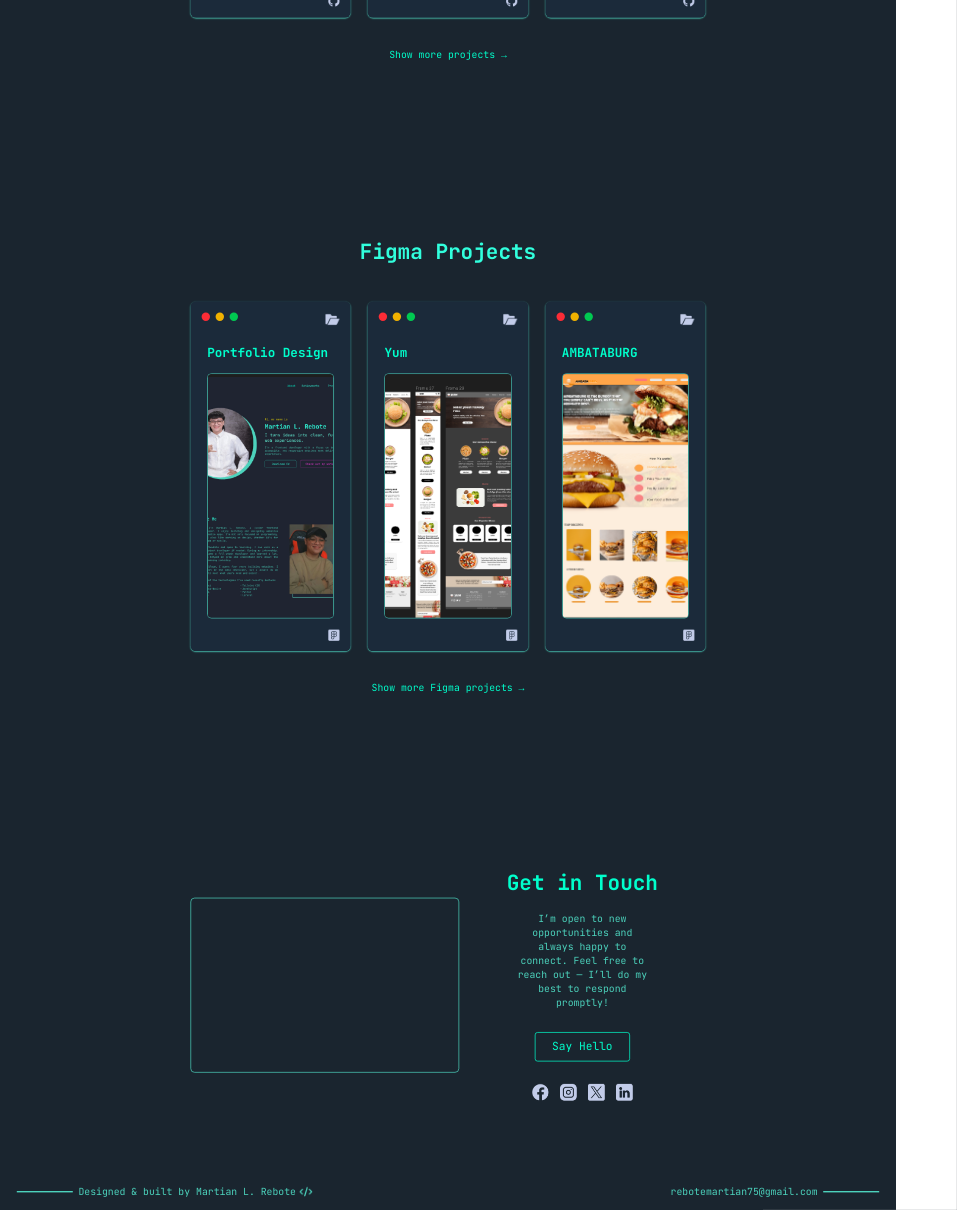
Repository: m4rsu-code/Portfolio
Page: / (app in my-portfolio/)
These files come from the project's save history. The page is drawn as it stood at one moment and after the next save; the edit follows.
The browser window is 1280 px wide. The page is 1367 px wide, so the pictures cover 1367 px, including what lies to the right of the window. The pictures show the part of the page from y = 3359 to 5119 px (the page is 5087 px tall before and 5119 px after), at 70% of full size.
The project was rebuilt for these pictures with package versions that can differ from the ones it lists, and the page was loaded fresh each time. Also part of the build but not shown: my-portfolio/vite.config.js, my-portfolio/src/assets/components/Modal/AchievementModal.jsx, my-portfolio/src/AchievementsPage.jsx, my-portfolio/src/ProjectPage.jsx, my-portfolio/src/FigmaProjectsPage.jsx.

Above is the page before, as saved 2025-08-04 18:37:51.

After the next save:
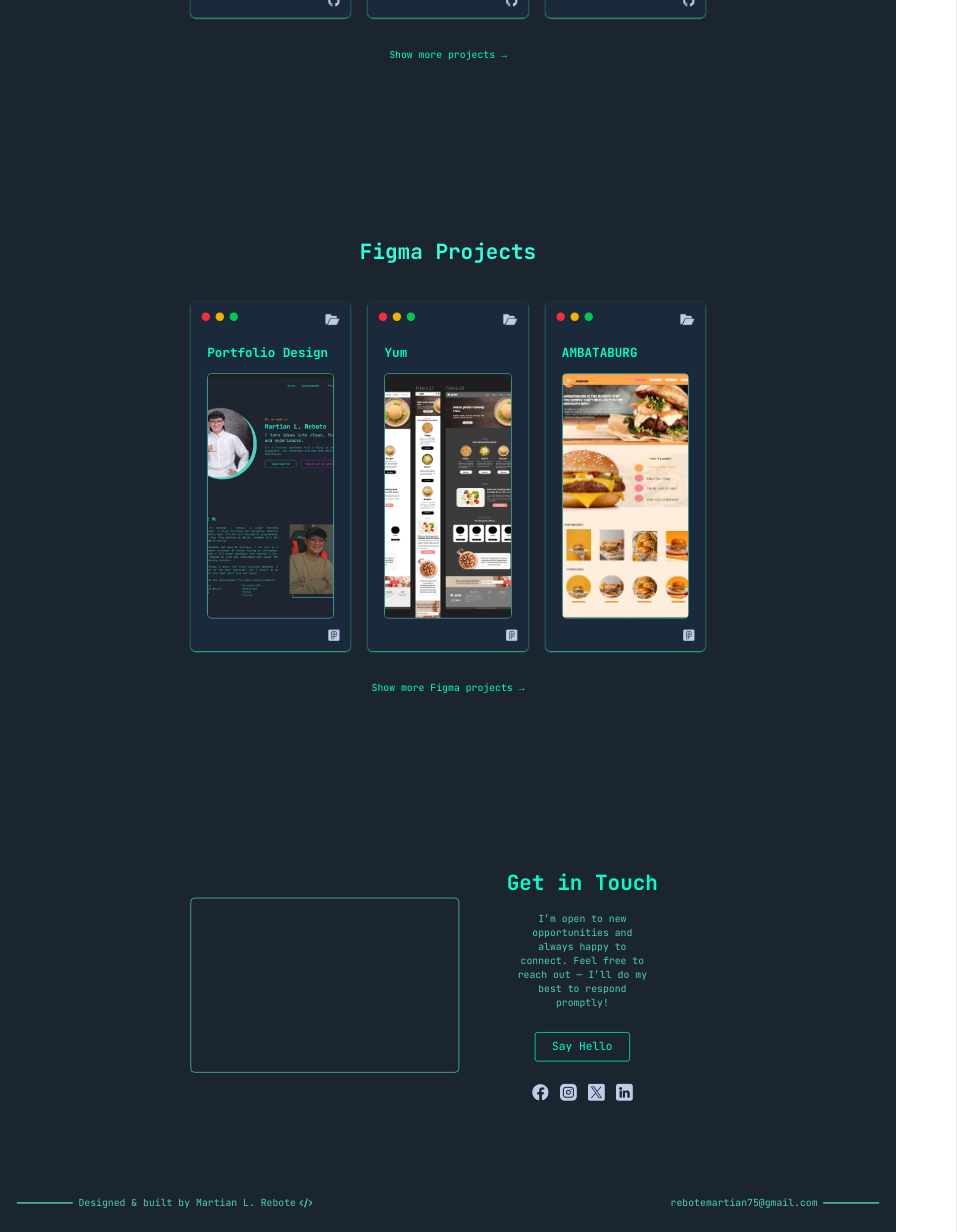
Saved 3 min 12 s later.
--- a/my-portfolio/src/App.jsx
+++ b/my-portfolio/src/App.jsx
@@ -379,7 +379,7 @@
       </div>
 
       {/* Footer */}
-      <footer className="text-[#4CD2BC] text-sm flex items-center p-4 justify-between px-6 relative font-jetbrains-mono">
+      <footer className="text-[#4CD2BC] text-sm flex items-center p-8 justify-between px-6 relative font-jetbrains-mono">
         <span className="flex items-center">
           <span className="border-t-2 border-[#4CD2BC] w-20 mr-2"></span>
           <span className="flex items-center gap-1">

After the 3 saves that followed:
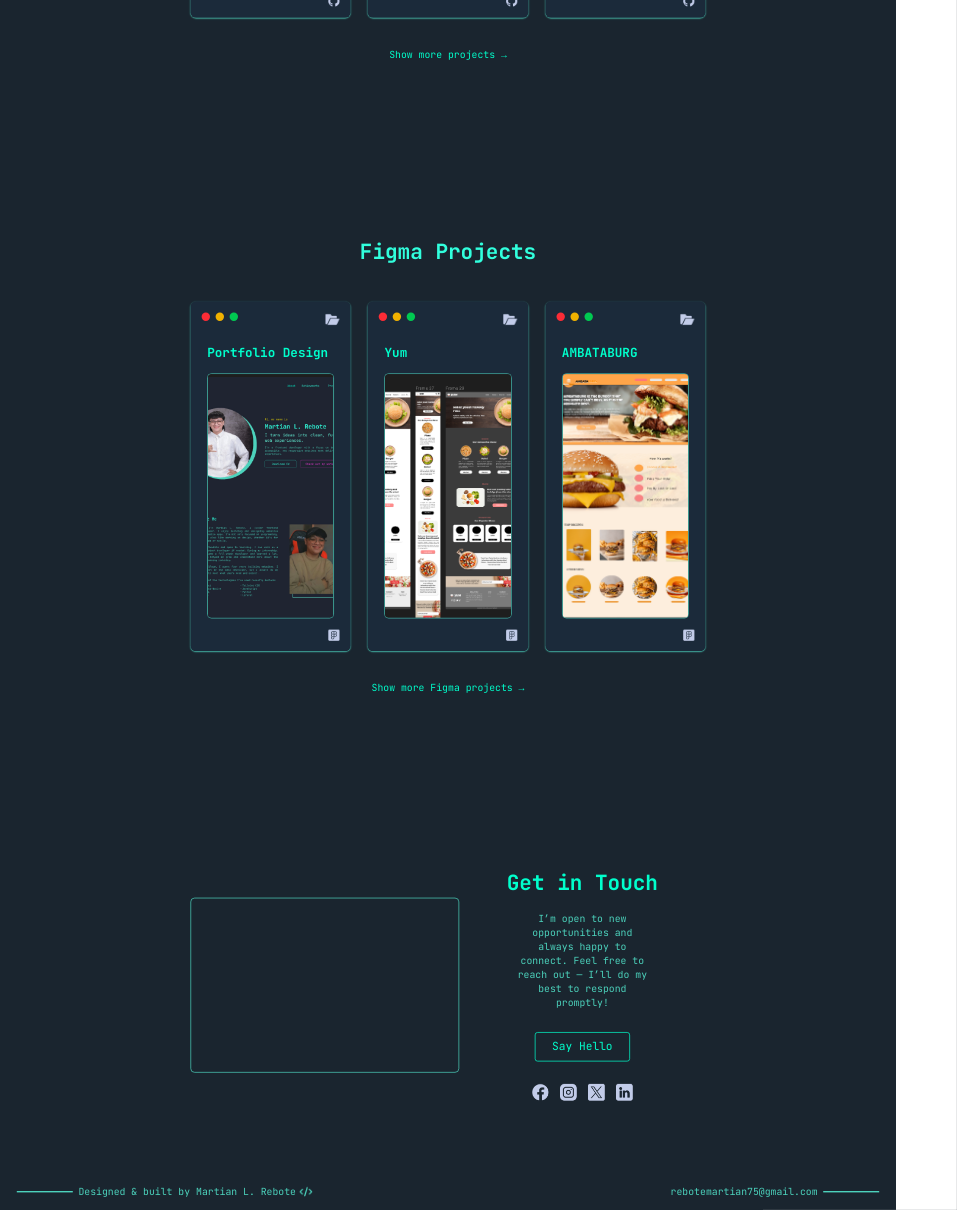
The 3 saves are shown as one change because they came seconds apart.
The last was saved 10 s later.
--- a/my-portfolio/src/App.jsx
+++ b/my-portfolio/src/App.jsx
@@ -379,7 +379,7 @@
       </div>
 
       {/* Footer */}
-      <footer className="text-[#4CD2BC] text-sm flex items-center p-8 justify-between px-6 relative font-jetbrains-mono">
+      <footer className="text-[#4CD2BC] text-sm flex items-center p-4 justify-between px-6 relative font-jetbrains-mono">
         <span className="flex items-center">
           <span className="border-t-2 border-[#4CD2BC] w-20 mr-2"></span>
           <span className="flex items-center gap-1">
